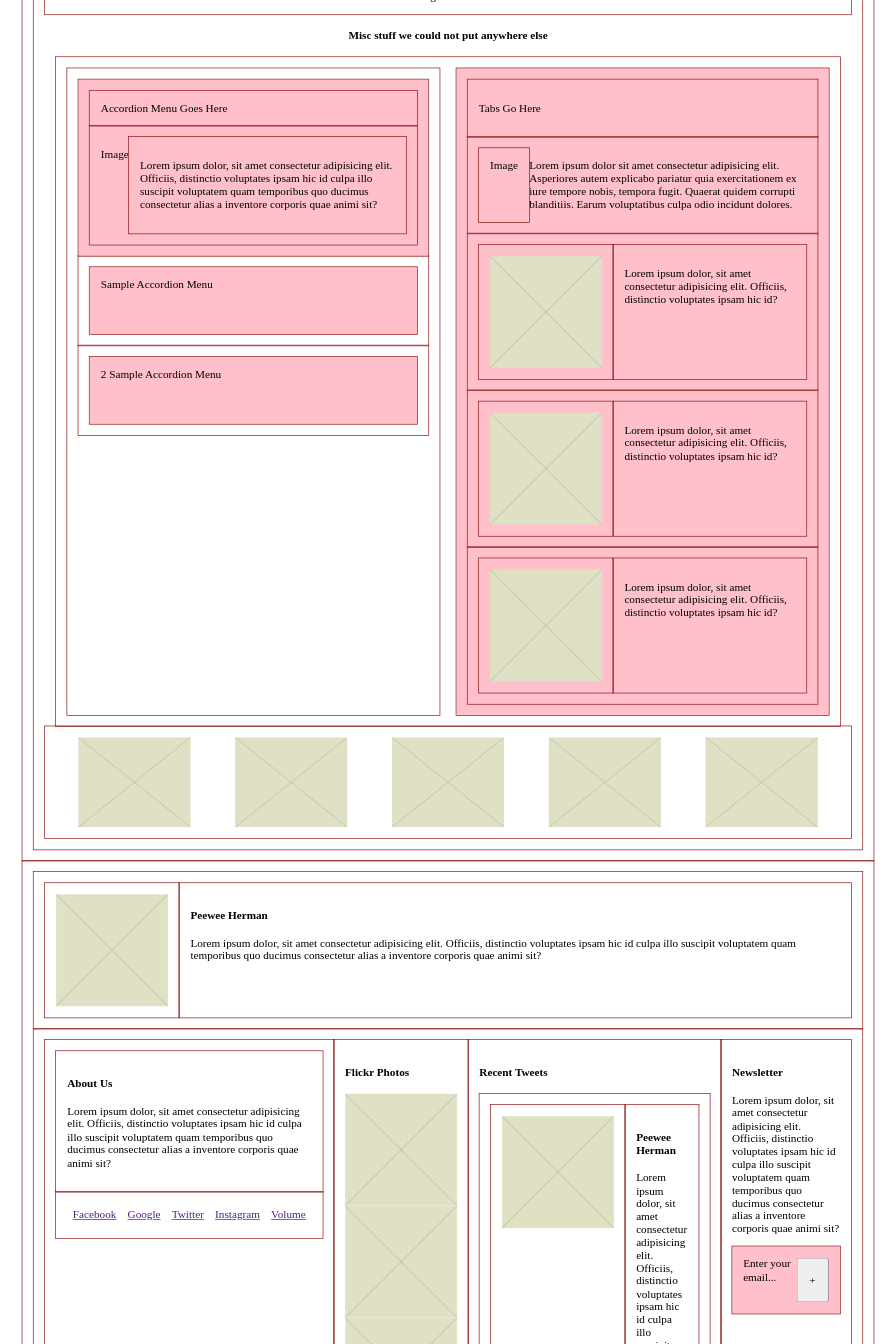
Repository: kionale/Project1_Lab3_ResponsiveLayout
Page: index.html
These files come from the project's save history. The page is drawn as it stood at one moment and after a run of saves; the edit follows.
The browser window is 1280 px wide. The pictures show the part of the page from y = 3821 to 5741 px (the page is 6702 px tall before and 6665 px after), at 70% of full size.

Above is the page before, as saved 2023-01-31 17:11:39.

### index.html
<!doctype html>
<html class="no-js" lang="">

<head>
  <meta charset="utf-8">
  <title></title>
  <meta name="description" content="">
  <meta name="viewport" content="width=device-width, initial-scale=1">

  <meta property="og:title" content="">
  <meta property="og:type" content="">
  <meta property="og:url" content="">
  <meta property="og:image" content="">

  <link rel="manifest" href="site.webmanifest">
  <link rel="apple-touch-icon" href="icon.png">
  <!-- Place favicon.ico in the root directory -->

  <link rel="stylesheet" href="css/normalize.css">
  <link rel="stylesheet" href="css/main.css">

  <meta name="theme-color" content="#fafafa">
</head>


<body class="page page-home">
  <header class="header page__header">
    <div class="row">
      <h1>Metrolics</h1>
      <a href=""><img src="img/placeholder.png"></a>
      <nav class="navbar-links">
        <ul>
          <a href="#">
            <li>Home</li>
          </a>
          <a href="">
            <li>Home</li>
          </a>
          <a href="">
            <li>Pages</li>
          </a>
          <a href="">
            <li>Blog</li>
          </a>
          <a href="">
            <li>Portfolio</li>
          </a>
          <a href="">
            <li>Home</li>
          </a>
        </ul>
      </nav>
    </div>

  </header>

  <div class="page__slider">
    <div class="row slides">
      <img src="img/placeholder.png" alt="">
    </div>
  </div>
  </div>

  <div class="page__intro">
    <h1 class="header page__heading">
      Hey guys! This is the <span>Metrolics</span> theme.<br>
      It sports a responsive layout with a mobile layout.
    </h1>
    <div class="subheading page_subheading">
      <h3>
        Things That We do
      </h3>
      <h5>Ask us what we can do for you</h5>

    </div>
    <div class="feature__service">
      <div class="row m-col-2 l-col-4">
        <div class="col">
          <img class="feature__servic__images" src="img/placeholder.png" alt="">
          <h4 class="heading feature__servic__title">Web Solution</h4>
          <p class="feature__servic__content">
            bbbhhha
          </p>
        </div>
        <div class="col">
          <img class="feature__servic__images" src="img/placeholder.png" alt="">
          <h4 class="heading feature__servic__title"></h4>
          <p class="feature__servic__content">
            bbbhhha
          </p>
        </div>
        <div class="col">
          <img class="feature__servic__images" src="img/placeholder.png" alt="">
          <h4 class="heading feature__servic__title"></h4>
          <p class="feature__servic__content">
            bbbhhha
          </p>
        </div>
        <div class="col">
          <img class="feature__servic__images" src="img/placeholder.png" alt="">
          <h4 class="heading feature__servic__title"></h4>
          <p class="feature__servic__content">
            bbbhhha
          </p>
        </div>


      </div>
    </div>
  </div>

  <!-- Main content starts here -->
  <main class="page__main">
    <section class="recent__work">
      <header class="header post__header">What's up lately?</header>
      <h4 class="subheading">Read up on our latest work</h4>
      <div class="row m-col-2 l-col-3">
        <div class="col">
          <div>
            <img src="img/placeholder.png" alt="">
            <header class="header recent__work__title">Sample image post</header><br>
            <p>Photography</p>
          </div>
        </div>
        <div class="col">
          <div>
            <img src="img/placeholder.png" alt="">
            <header class="header recent__work__title">Sample image post</header><br>
            <p>Photography</p>
          </div>
        </div>
        <div class="col">
          <div>
            <img src="" alt="">
            <header class="header recent__work__title">Sample image post</header><br>
            <p>Photography</p>
          </div>
        </div>
        <div class="col">
          <div>
            <img src="img/placeholder.png" alt="">
            <header class="header recent__work__title">Sample image post</header><br>
            <p>Photography</p>
          </div>
        </div>
      </div>
    </section>
    <!-- Our Latest Projests -->
    <section class="latest__projects">
      <header class="header latest__projects__header">Our Latest Projects</header>
      <h4 class="subheading">Client happy? We are happy</h4>
      <div class="row m-col-2 l-col-3">
        <div class="col">
          <div>
            <img src="img/placeholder.png" alt="">
            <header class="header latest__project__image">1 Sample image post</header><br>
            <p>1 Photography</p>
          </div>
        </div>
        <div class="col">
          <div>
            <img src="img/placeholder.png" alt="">
            <header class="header latest__project__image">2 Sample image post</header><br>
            <p>2 Photography</p>
          </div>
        </div>
        <div class="col">
          <div>
            <img src="img/placeholder.png" alt="">
            <header class="header latest__project__image">3 Sample image post</header><br>
            <p>3 Photography</p>
          </div>
        </div>
        <div class="col">
          <div>
            <img src="img/placeholder.png" alt="">
            <header class="header latest__project__image">4 Sample image post</header><br>
            <p>4 Photography</p>
          </div>
        </div>
        <div class="col">
          <div>
            <img src="img/placeholder.png" alt="">
            <header class="header latest__project__image">5 Sample image post</header><br>
            <p>5 Photography</p>
          </div>
        </div>
        <div class="col">
          <div>
            <img src="img/placeholder.png" alt="">
            <header class="header latest__project__image">6 Sample image post</header><br>
            <p>6 Photography</p>
          </div>
        </div>
      </div>
    </section>
    <!--Things of Above-->
    <section class="things__of__above">
      <header class="header things__header">Things of above</header>
      <h4 class="subheading">Misc stuff we could not put anywhere else</h4>
      <div class="row m-col-2 l-col-3">
        <div>
          <div class="col">
            <div class="sample__menu things_above_image">Accordion Menu Goes Here
            </div>
            <div class="web__solution">
              <p>Image</p>
              <div>
                <p>Lorem ipsum dolor, sit amet consectetur adipisicing elit. Officiis, distinctio voluptates ipsam hic
                  id
                  culpa illo suscipit voluptatem quam temporibus quo ducimus consectetur alias a inventore corporis quae
                  animi sit?</p>
              </div>
            </div>
          </div>
          <div class="menu__button">
            <div class="col_two sample__menu things__above__image">Sample Accordion Menu
            </div>
          </div>
          <div class="menu__button">
            <div class="col_two sample__menu things__above__image">2 Sample Accordion Menu
            </div>
          </div>
        </div>
        <div class="col">
          <div class="tab__buttons">
            <p>Tabs Go Here</p>
          </div>
          <div class="tab__information">
            <div>
        Image
            </div>
            <p>Lorem ipsum dolor sit amet consectetur adipisicing elit. Asperiores autem explicabo pariatur quia exercitationem ex iure tempore nobis, tempora fugit. Quaerat quidem corrupti blanditiis. Earum voluptatibus culpa odio incidunt dolores.</p>
          </div>
          <div class="tab__information">
            <div>
              <img src="img/placeholder.png" alt="">
            </div>
            <div>
              <p>Lorem ipsum dolor, sit amet consectetur adipisicing elit. Officiis, distinctio voluptates ipsam hic
                id?</p>
            </div>
          </div>
          <div class="tab__information">
            <div>
              <img src="img/placeholder.png" alt="">
            </div>
            <div>
              <p>Lorem ipsum dolor, sit amet consectetur adipisicing elit. Officiis, distinctio voluptates ipsam hic
                id?</p>
            </div>
          </div>
          <div class="tab__information">
            <div>
              <img src="img/placeholder.png" alt="">
            </div>
            <div>
              <p>Lorem ipsum dolor, sit amet consectetur adipisicing elit. Officiis, distinctio voluptates ipsam hic
                id?</p>
            </div>
          </div>
        </div>
      </div>
      <!--Sponsors-->
      <div class="sponsors">
        <img src="img/placeholder.png" alt="" class="sponsors__icon">
        <img src="img/placeholder.png" alt="" class="sponsors__icon">
        <img src="img/placeholder.png" alt="" class="sponsors__icon">
        <img src="img/placeholder.png" alt="" class="sponsors__icon">
        <img src="img/placeholder.png" alt="" class="sponsors__icon">

    </section>
  </main>
  <!--Footer-->
  <footer>
    <div class="web__author">
      <div>
        <img src="img/placeholder.png" alt="">
      </div>
      <div>
        <h4>Peewee Herman</h4>
        <p>Lorem ipsum dolor, sit amet consectetur adipisicing elit. Officiis, distinctio voluptates ipsam hic
          id
          culpa illo suscipit voluptatem quam temporibus quo ducimus consectetur alias a inventore corporis quae
          animi sit?</p>
      </div>
    </div>
    <div class="footer__extras">
      <div>
        <div>
          <h4>About Us</h4>
          <p>Lorem ipsum dolor, sit amet consectetur adipisicing elit. Officiis, distinctio voluptates ipsam hic
            id
            culpa illo suscipit voluptatem quam temporibus quo ducimus consectetur alias a inventore corporis quae
            animi sit?</p>
        </div>
        <div class="social__link">
          <a href="" class="social__icon">
            <li>Facebook</li>
          </a>
          <a href="" class="social__icon">
            <li>Google</li>
          </a>
          <a href="" class="social__icon">
            <li>Twitter</li>
          </a>
          <a href="" class="social__icon">
            <li>Instagram</li>
          </a>
          <a href="" class="social__icon">
            <li>Volume</li>
          </a>
        </div>
      </div>

      <div>
        <h4>Flickr Photos</h4>
        <img src="img/placeholder.png" alt="">
        <img src="img/placeholder.png" alt="">
        <img src="img/placeholder.png" alt="">
        <img src="img/placeholder.png" alt="">
        <img src="img/placeholder.png" alt="">
        <img src="img/placeholder.png" alt="">
      </div>
      <div>
        <h4>Recent Tweets</h4>
        <div class="recent__tweets">
          <div>
            <img src="img/placeholder.png" alt="">
          </div>
          <div>
            <h4>Peewee Herman</h4>
            <p>Lorem ipsum dolor, sit amet consectetur adipisicing elit. Officiis, distinctio voluptates ipsam hic
              id
              culpa illo suscipit voluptatem quam temporibus quo ducimus consectetur alias a inventore corporis quae
              animi sit?</p>
          </div>
        </div>
        <div class="recent__tweets">
          <div>
            <img src="img/placeholder.png" alt="">
          </div>
          <div>
            <h4>Peewee Herman</h4>
            <p>Lorem ipsum dolor, sit amet consectetur adipisicing elit. Officiis, distinctio voluptates ipsam hic
              id
              culpa illo suscipit voluptatem quam temporibus quo ducimus consectetur alias a inventore corporis quae
              animi sit?</p>
          </div>
        </div>
      </div>
      <div>
        <h4>Newsletter</h4>
        <p>Lorem ipsum dolor, sit amet consectetur adipisicing elit. Officiis, distinctio voluptates ipsam hic
          id
          culpa illo suscipit voluptatem quam temporibus quo ducimus consectetur alias a inventore corporis quae
          animi sit?</p>
        <div class="col_two sample__menu things__above__image">Enter your email...
          <button>+</button>
        </div>
      </div>
    </div>
  </footer>


  <script src="js/vendor/modernizr-3.11.2.min.js"></script>
  <script src="js/plugins.js"></script>
  <script src="js/main.js"></script>

  <!-- Google Analytics: change UA-XXXXX-Y to be your site's ID. -->
  <script>
    window.ga = function () { ga.q.push(arguments) }; ga.q = []; ga.l = +new Date;
    ga('create', 'UA-XXXXX-Y', 'auto'); ga('set', 'anonymizeIp', true); ga('set', 'transport', 'beacon'); ga('send', 'pageview')
  </script>
  <script src="https://www.google-analytics.com/analytics.js" async></script>
</body>

</html>

### css/main.css
::-moz-selection {
  background: #b3d4fc;
  text-shadow: none;
}

::selection {
  background: #b3d4fc;
  text-shadow: none;
}

/*
 * A better looking default horizontal rule
 */

hr {
  display: block;
  height: 1px;
  border: 0;
  border-top: 1px solid #ccc;
  margin: 1em 0;
  padding: 0;
}

audio,
canvas,
iframe,
img,
svg,
video {
  vertical-align: middle;
}

/*
 * Remove default fieldset styles.
 */

fieldset {
  border: 0;
  margin: 0;
  padding: 0;
}

/*
 * Allow only vertical resizing of textareas.
 */

textarea {
  resize: vertical;
}

*,
*::before,
*::after {
  box-sizing: border-box;
}

div,
main,
section,
header,
footer {
  outline: 1px solid rgb(142, 24, 24);
  min-height: 1rem;
  padding: 1rem;
}

.page {
  margin: 0 auto;
  padding: 2rem;
}

.header {
  text-transform: capitalize;
  text-align: center;
}

.subheading {
  text-align: center;
}

ul,
li {
  padding: 0;
  margin: 0;
  list-style: none;
}

.row {
  display: grid;
  row-gap: 1rem;
}

.row_two {
  display: grid;
  row-gap: 1rem;
}

.col {
  position: relative;
  background-color: pink;
}

.col_two {
  background-color: pink;
  height: 6rem;
}

button {
  height: 4rem;
  width: 4rem;
}

/* medium screens and up  */
@media screen and (min-width: 40em) {
  .row {
    max-width: 70rem;
    column-gap: 1.5rem;
    row-gap: 1.5rem;
    margin: 0 auto;
  }



  .m-col-2 {
    grid-template-columns: 1fr 1fr;
  }

  .l-col-3 {
    grid-template-columns: (3, 1fr);
  }

}


.examples {
  display: flex;
  justify-content: space-around;
}

.sample__menu {
  display: flex;
  justify-content: space-between;
}

.web__solution {
  display: flex;
}

.web__author {
  display: flex;
}

.recent__tweets {
  display: flex;
}


.tab__information {
  display: flex;
}

.sponsors {
  display: flex;
  justify-content: space-around;
  height: 10rem;
}

.sponsors__icon {
  background-color: lightgray;
}

.social__link {
  display: flex;
}

.social__icon {
  margin: 0.5rem;
}

.footer__extras {
  display: flex;
  flex-direction: row;
}

img{
  width: 10rem;
}

### js/plugins.js
// Avoid `console` errors in browsers that lack a console.
(function() {
  var method;
  var noop = function () {};
  var methods = [
    'assert', 'clear', 'count', 'debug', 'dir', 'dirxml', 'error',
    'exception', 'group', 'groupCollapsed', 'groupEnd', 'info', 'log',
    'markTimeline', 'profile', 'profileEnd', 'table', 'time', 'timeEnd',
    'timeline', 'timelineEnd', 'timeStamp', 'trace', 'warn'
  ];
  var length = methods.length;
  var console = (window.console = window.console || {});

  while (length--) {
    method = methods[length];

    // Only stub undefined methods.
    if (!console[method]) {
      console[method] = noop;
    }
  }
}());

// Place any jQuery/helper plugins in here.

Loaded but not shown: css/normalize.css (library); js/vendor/modernizr-3.11.2.min.js (library); js/main.js (no stored copy; drawn as an empty file)

After the next 2 saves:
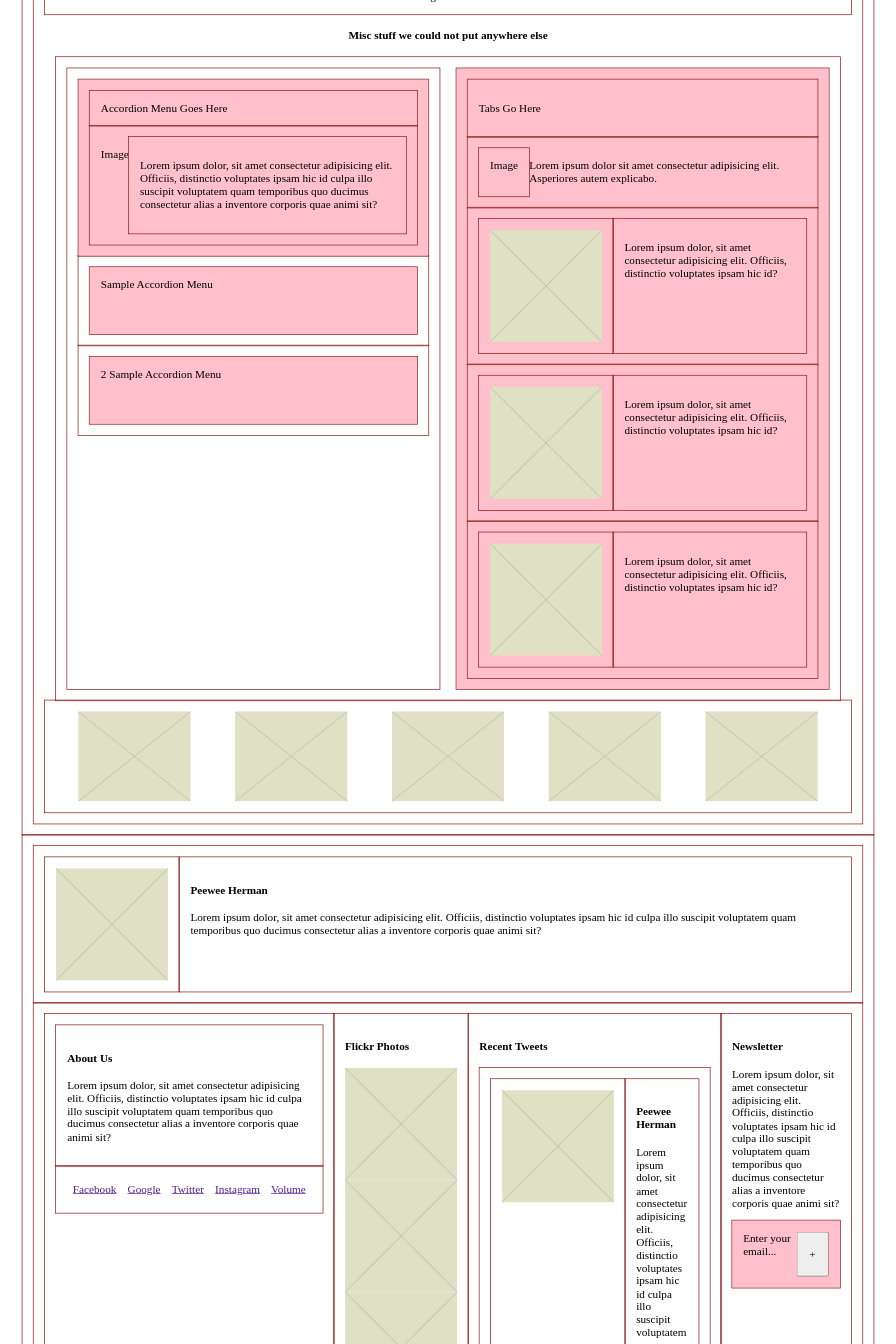
The 2 saves are shown as one change because they came seconds apart.
The last was saved 7 s later.
--- a/index.html
+++ b/index.html
@@ -228,9 +228,9 @@
           </div>
           <div class="tab__information">
             <div>
-        Image
-            </div>
-            <p>Lorem ipsum dolor sit amet consectetur adipisicing elit. Asperiores autem explicabo pariatur quia exercitationem ex iure tempore nobis, tempora fugit. Quaerat quidem corrupti blanditiis. Earum voluptatibus culpa odio incidunt dolores.</p>
+              Image
+            </div>
+            <p>Lorem ipsum dolor sit amet consectetur adipisicing elit. Asperiores autem explicabo.</p>
           </div>
           <div class="tab__information">
             <div>
